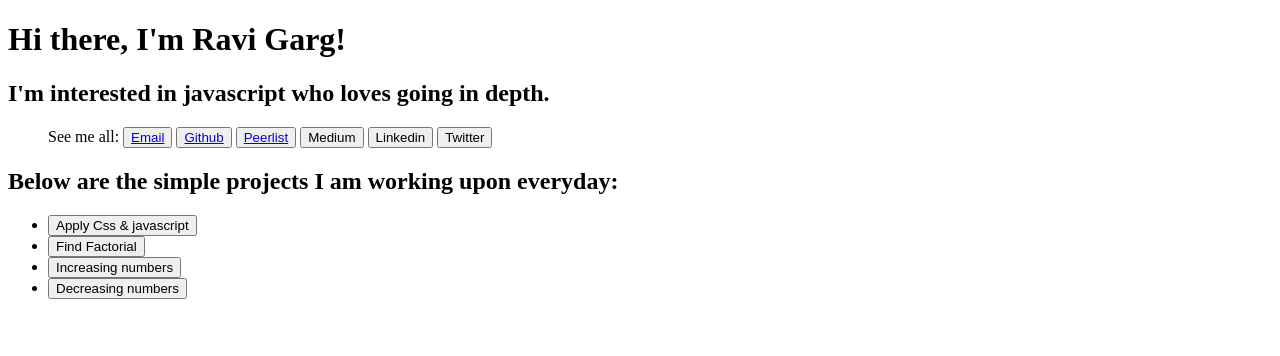
Repository: ravigarg001/musafir
Page: index.html
These files come from the project's save history. The page is drawn as it stood at one moment and after a run of saves; the edit follows.
The browser window is 1280 px wide. The pictures show the whole page.

Above is the page before, as saved 2022-05-02 09:41:13.

### index.html
<!DOCTYPE html>
<html>
<head>
<title>Ravi Garg</title>
<!-- <link href="index.css" rel="stylesheet" type="text/css"></link> -->
<script src="index.js"></script>
</head>

<body>
<div class="about" >
    <h1>Hi there, I'm Ravi Garg!</h1>
    <h2>I'm interested in javascript who loves going in depth.</h2>
    <!-- <p> <a id="more" href="/about">Read more about my life...</a></p> -->
</div>

<footer>
<ul>
<label>See me all: </label>
  <button><a href="mailto:ravigarg.connect@gmail.com">Email</a></button>
  <button><a href="https://github.com/ravigarg001" target="_blank">Github</a></button>
  <button><a href="https://peerlist.io/ravigarg" target="_blank">Peerlist</a></button>
  <button><a>Medium</a></button>
  <button><a>Linkedin</a></button>
  <button><a>Twitter</a></button><br>
</ul>
</footer>
<h2>Below are the simple projects I am working upon everyday:</h2>
<ul class="projects">
  <li><button class="cssAdder" onclick="addCssAndJs()">Apply Css & javascript</button></li>
  <li><button onclick="inputNumber()">Find Factorial</button></li>
  <li><button onclick="inputNumber1()">Increasing numbers </button></li>
  <li><button onclick="inputNumber2()">Decreasing numbers</button></li>
</ul>
</footer>

</body>
<!-- <script src="Recursion/recursiveFactorial.js"></script> -->
<!-- <script src="Recursion/increasing_order.js"></script> -->

</html>

### index.js
function addCssAndJs(){
    let link = document.createElement('link');
    link.rel = 'stylesheet';
    link.type = 'text/css';
    link.href = 'index.css';
    document.head.appendChild(link);

    function addNewJsFile(fileLocation){
        let script = document.createElement('script');
        document.head.appendChild(script);
        script.src = fileLocation;
    }

    addNewJsFile('Recursion/decreasing_order.js');
    addNewJsFile('Recursion/increasing_order.js');
    addNewJsFile('Recursion/recursiveFactorial.js');

}
/*1. call addNewJsFile(put location of the js file here) */

After the next 4 saves:
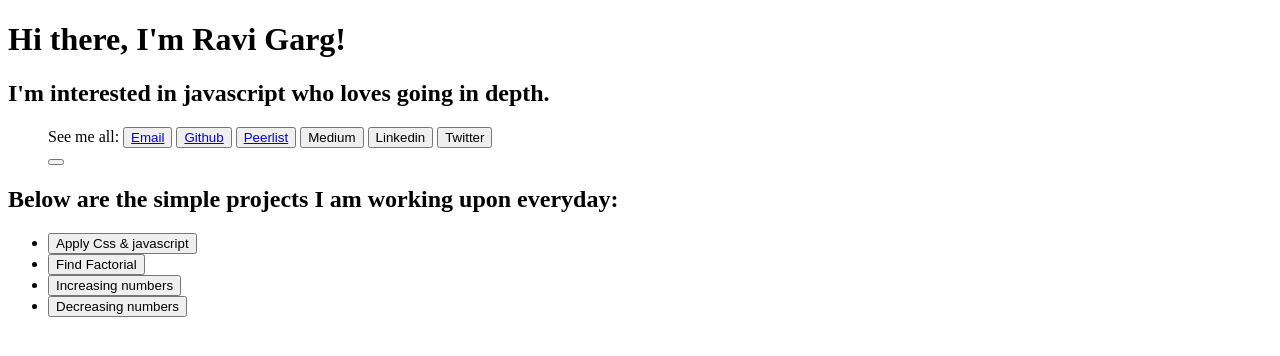
The 4 saves are shown as one change because they came seconds apart.
The last was saved 2 h 46 min later.
--- a/index.html
+++ b/index.html
@@ -22,6 +22,7 @@
   <button><a>Medium</a></button>
   <button><a>Linkedin</a></button>
   <button><a>Twitter</a></button><br>
+  <button><A></A></button>
 </ul>
 </footer>
 <h2>Below are the simple projects I am working upon everyday:</h2>
